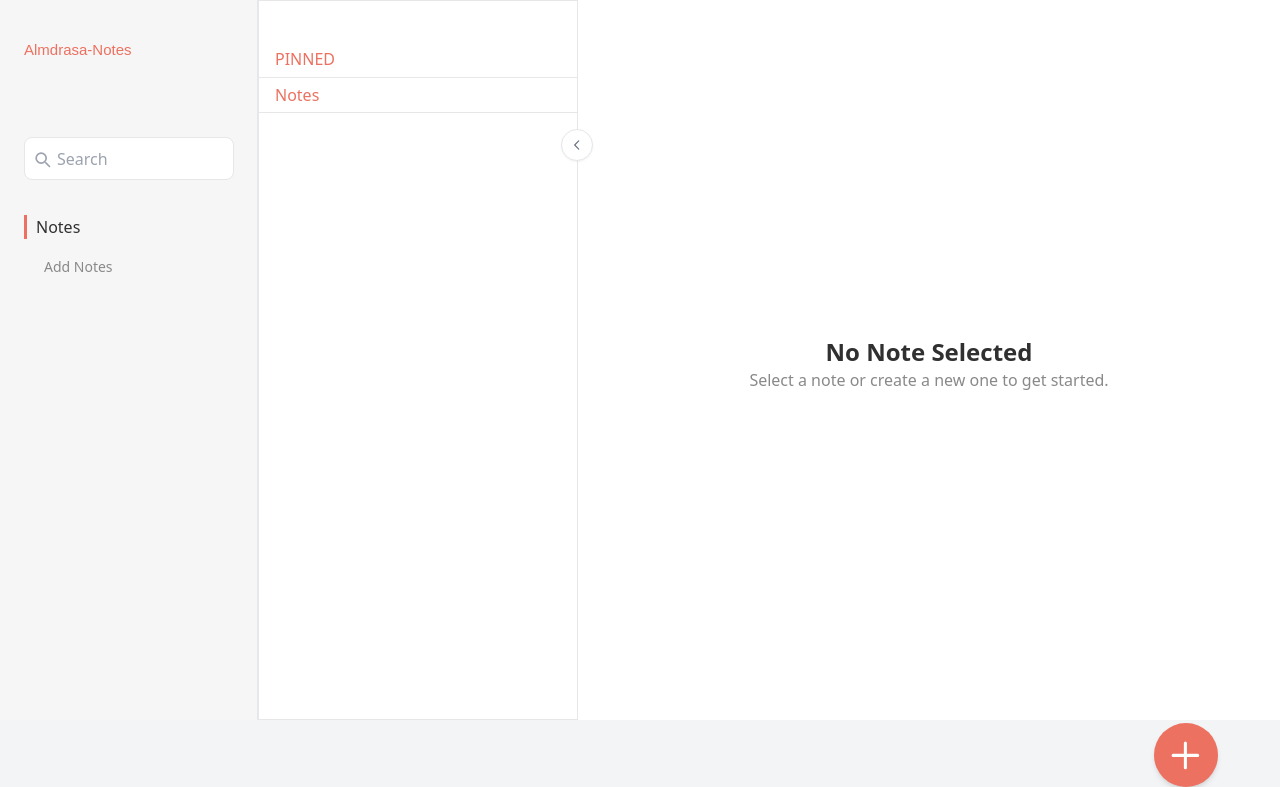
Repository: wafaa399/Note-App
Page: index.html
The author's editor kept a copy of each file at every save. The page is drawn from the files as they stood at one save, then again after the next save.
The browser window is 1280 px wide. The pictures show the whole page.
An inner scrolling area shows only its first screen. Some web fonts or font styles are not loaded; a fallback is used. Some web libraries are served in a nearby version.

Above is the page before, as saved 2026-07-20 03:34:27.

### index.html
<!doctype html>
<html lang="en">
  <head>
    <meta charset="UTF-8" />
    <meta name="viewport" content="width=device-width, initial-scale=1.0" />
    <meta
      name="description"
      content="A notes application built with HTML, CSS, and JavaScript."
    />
    <meta name="keywords" content="notes, HTML, CSS, JavaScript" />
    <link rel="icon" href="/img/Logo.png" type="image/png" />
    <title>Note App</title>
    <script src="https://cdn.tailwindcss.com"></script>
    <link rel="preconnect" href="https://fonts.googleapis.com" />
    <link rel="preconnect" href="https://fonts.gstatic.com" crossorigin />
    <link
      href="https://fonts.googleapis.com/css2?family=Aclonica&display=swap"
      rel="stylesheet"
    />

    <script>
      tailwind.config = {
        theme: {
          extend: {
            fontFamily: {
              aclonica: ["Aclonica", "sans-serif"],
            },
          },
        },
      };
    </script>
  </head>
  <script
    type="module"
    src="https://unpkg.com/ionicons@7.1.0/dist/ionicons/ionicons.esm.js"
  ></script>
  <script
    nomodule
    src="https://unpkg.com/ionicons@7.1.0/dist/ionicons/ionicons.js"
  ></script>
  <script type="module" src="./src/controller.js"></script>
  <body class="bg-gray-100 h-screen overflow-hidden text-sm text-gray-800">
    <!-- for phone only -->
    <div class="flex h-screen w-screen relative">
      <div
      class="md:hidden flex items-center justify-between h-14 px-4 border-b border-gray-200 bg-white relative z-30"
    >
      <button id="mobileMenuBtn" class="text-[#303030]">
        <svg class="w-6 h-6" fill="none" stroke="currentColor" viewBox="0 0 24 24">
          <path stroke-linecap="round" stroke-linejoin="round" stroke-width="2" d="M4 6h16M4 12h16M4 18h16" />
        </svg>
      </button>
      <h1 class="font-aclonica text-[0.9375rem] text-[#EC7160] font-normal">Almdrasa-Notes</h1>
      <button id="mobileSearchBtn" class="text-[#303030]">
        <svg class="w-5 h-5" fill="none" stroke="currentColor" viewBox="0 0 24 24">
          <path stroke-linecap="round" stroke-linejoin="round" stroke-width="2" d="M21 21l-4.35-4.35M17 11a6 6 0 11-12 0 6 6 0 0112 0z" />
        </svg>
      </button>
    </div>
    <div
      id="sidebarBackdrop"
      class="hidden md:hidden fixed inset-0 bg-black/30 z-30"
    ></div>

    <div class="flex h-[calc(100vh-3.5rem)] md:h-screen w-screen relative">
      <!--------SIDEBAR -------->
      <aside
        id="sidebar"
        class="bg-[#F6F6F6] border-r border-gray-200 flex-shrink-0 overflow-hidden pl-6 pt-10 md:translate-x-0
               transition-transform duration-300"
        style="width: 16.125rem"
      >
      <!-- phonee -->
      <button id="closeSidebarBtn" class="md:hidden absolute top-4 right-4 text-gray-500">
          <svg class="w-5 h-5" fill="none" stroke="currentColor" viewBox="0 0 24 24">
            <path stroke-linecap="round" stroke-linejoin="round" stroke-width="2" d="M6 18L18 6M6 6l12 12" />
          </svg>
        </button>

        <div class="w-[8.375rem] h-[1.0625rem] mb-[5rem]">
          <h1 class="font-aclonica text-[0.9375rem] text-[#EC7160] font-normal">
            Almdrasa-Notes
          </h1>
        </div>

        <div class="relative mb-5 w-[13.125rem] h-[2.7rem]">
          <input
            type="text"
            placeholder="Search"
            class="w-full h-full text-[1rem] border border-[#E7E7E9] rounded-lg pl-8 py-2 outline-none focus:ring-1 focus:ring-red-400"
          />
          <svg
            class="w-5 h-5 text-gray-400 absolute left-2 top-1/2 -translate-y-1/2"
            fill="none"
            stroke="currentColor"
            viewBox="0 0 24 24"
          >
            <path
              stroke-linecap="round"
              stroke-linejoin="round"
              stroke-width="2"
              d="M21 21l-4.35-4.35M17 11a6 6 0 11-12 0 6 6 0 0112 0z"
            />
          </svg>
        </div>
        <div class="space-y-2">
          <button
            data-view="notes"
            class="nav-item relative w-full h-[3.3rem] pl-3 rounded text-[1rem] font-medium text-[#303030] flex items-center"
          >
            <span
              class="absolute left-0 top-1/2 -translate-y-1/2 w-[.2rem] h-[1.5rem] bg-[#EC7160]"
            ></span>
            Notes
          </button>

          <button
            data-view="add"
            class="nav-item w-full h-3 text-left pl-5 rounded text-[#898989] flex items-center hover:bg-gray-50"
          >
            Add Notes
          </button>
        </div>
      </aside>

      <!--NOTES LIST:pinned or all -->
      <section
        class="relative md:w-80  flex-shrink-0 border border-[#E7E7E9] bg-white text-[#EC7160] h-full"
      >
        <div class="h-full overflow-y-auto overflow-x-hidden px-4 pt-12">
          <div class="mb-1">
            <p class="text-[1rem] font-normal mb-2">PINNED</p>
            <div id="pinnedList" class="space-y-1"></div>
          </div>
          <div class="mt-17">
            <div
              class="-mx-4 mb-8 h-[36px] border-y border-[#E7E7E9] flex items-center"
            >
              <p class="px-4 text-[1rem] font-normal">Notes</p>
            </div>
            <div id="notesList" class="space-y-9"></div>
          </div>
        </div>
        <button
          id="toggleBtn"
          class="absolute top-32 right-0 translate-x-1/2 z-20 w-8 h-8 bg-white border border-[#E7E7E9] rounded-full flex items-center justify-center shadow-sm hover:bg-gray-50 transition-all"
        >
          <svg
            id="toggleIcon"
            class="w-3.5 h-3.5 text-gray-500 transition-transform"
            fill="none"
            stroke="currentColor"
            viewBox="0 0 24 24"
          >
            <path
              stroke-linecap="round"
              stroke-linejoin="round"
              stroke-width="2"
              d="M15 19l-7-7 7-7"
            />
          </svg>
        </button>
      </section>
      <!--NOTE DETAIL -->
      <main class="flex-1 overflow-y-auto bg-white">
        <div id="detailView" class="pt-[114px]"></div>
        <button
          id="addNoteFab"
          class="absolute top-[45.2rem] right-[3.9rem] w-16 h-16 rounded-full bg-[#EC7160] text-white flex items-center justify-center shadow-md hover:bg-[#e05f4d] transition-colors"
        >
          <svg
            class="w-[2.3rem] h-[2.3rem]"
            fill="none"
            stroke="currentColor"
            viewBox="0 0 24 24"
          >
            <path
              stroke-linecap="round"
              stroke-linejoin="round"
              stroke-width="2"
              d="M12 4v16m8-8H4"
            />
          </svg>
        </button>
      </main>
    </div>
  </body>
</html>

### src/controller.js
// ==========================================
// CONTROLLER: هو الوحيد اللي بيكلم الـ Model والـ Views مع بعض
// ==========================================
import * as Model from "./model.js";
import { renderNotesList } from "./Views/notesView.js";
import { renderNoteDetail, renderAddNoteForm } from "./Views/detailsView.js";

let currentQuery = "";

function refreshList() {
  const source = currentQuery
    ? Model.searchNotes(currentQuery)
    : Model.getAllNotes();
  const pinned = source.filter((n) => n.pinned);
  const unpinned = source.filter((n) => !n.pinned);

  renderNotesList({
    pinned,
    unpinned,
    onSelect: (id) => {
      const note = Model.getNoteById(id);
      renderNoteDetail(note);
    },
    onDelete: (id) => {
      Model.deleteNote(id);
      refreshList();
      renderNoteDetail(null);
    },
  });
}

function showAddNoteForm() {
  renderAddNoteForm({
    onSubmit: ({ title, author, content, pinned }) => {
      const note = Model.addNote({ title, author, content, pinned });
      refreshList();
      renderNoteDetail(note);
    },
  });
}

function initSidebar() {
  document.querySelectorAll(".nav-item").forEach((btn) => {
    btn.addEventListener("click", () => {
      const view = btn.dataset.view;
      if (view === "add") {
        showAddNoteForm();
      } else {
        renderNoteDetail(null);
      }
    });
  });

  document
    .getElementById("addNoteFab")
    .addEventListener("click", showAddNoteForm);
}

function initSearch() {
  document
    .querySelector('input[placeholder="Search"]')
    .addEventListener("input", (e) => {
      currentQuery = e.target.value;
      refreshList();
    });
}

function initToggleSidebar() {
  const sidebar = document.getElementById("sidebar");
  const toggleBtn = document.getElementById("toggleBtn");
  const toggleIcon = document.getElementById("toggleIcon");
  let collapsed = false;

  toggleBtn.addEventListener("click", () => {
    collapsed = !collapsed;
    sidebar.style.width = collapsed ? "0rem" : "16.125rem";
    sidebar.style.paddingLeft = collapsed ? "0" : "";
    toggleIcon.style.transform = collapsed ? "rotate(180deg)" : "rotate(0deg)";
  });
}

function init() {
  initSidebar();
  initSearch();
  initToggleSidebar();
  refreshList();
  renderNoteDetail(null);
}

document.addEventListener("DOMContentLoaded", init);

### src/model.js
const Storage_Key = "almdrasa_notes";

// قراءة البيانات من Local Storage
function loadNotes() {
  const data = localStorage.getItem(Storage_Key);
  return data ? JSON.parse(data) : [];
}

// حفظ البيانات في Local Storage
function saveNotes(notes) {
  localStorage.setItem(Storage_Key, JSON.stringify(notes));
}

let notes = loadNotes();

export function getAllNotes() {
  return notes;
}

///status of notes
//1-pinned notes
export function getPinnedNotes() {
  return notes.filter((n) => n.pinned);
}

//2-regular notes
export function getUnpinnedNotes() {
  return notes.filter((n) => !n.pinned);
}
export function getNoteById(id) {
  return notes.find((n) => n.id === id);
}

export function addNote({ title, author, content, pinned = false }) {
  const newNote = {
    id: Date.now().toString(),
    title,
    author,
    content,
    date: new Date().toISOString(),
    pinned,
  };
  notes.unshift(newNote);
  saveNotes(notes);
  return newNote;
}

export function deleteNote(id) {
  notes = notes.filter((n) => n.id !== id);
  saveNotes(notes);
}

// export function togglePin(id) {
//   const note = getNoteById(id);
//   if (note) {
//     note.pinned = !note.pinned;
//     saveNotes(notes);
//   }
// }

export function searchNotes(query) {
  const q = query.trim().toLowerCase();
  if (!q) return notes;
  return notes.filter(
    (n) =>
      n.title.toLowerCase().includes(q) || n.content.toLowerCase().includes(q),
  );
}

### src/views/notesView.js
import { formatDate, truncate, clear } from "../helper.js";

function noteItemHTML(note) {
  return `
    <div class="w-[16.625rem] h-[6.625rem] note-item cursor-pointer px-2 py-2 rounded hover:bg-gray-50" data-id="${note.id}">
      <p class="font-medium text-[#303030] leading-6 text-[1rem] ">${note.title}</p>
      <p class="w-[16.5625rem] h-[2.5rem] text-[#898989]  text-[.82rem] font-medium leading-5  mt-1">${truncate(note.content, 70)}</p>
      <div class=" w-[14.5625rem] flex justify-between items-center mt-1 ">
        <span class="text-[#898989] text-[.81rem]  leading-5  font-medium mt-2">${formatDate(note.date)}</span>
        <button class="delete-btn text-[#D82700] text-sm " data-id="${note.id}">Delete</button>
      </div>
    </div>
  `;
}

export function renderNotesList({ pinned, unpinned, onSelect, onDelete }) {
  const pinnedContainer = document.getElementById("pinnedList");
  const notesContainer = document.getElementById("notesList");
  clear(pinnedContainer);
  clear(notesContainer);

  pinned.forEach((note) =>
    pinnedContainer.insertAdjacentHTML("beforeend", noteItemHTML(note)),
  );
  unpinned.forEach((note) =>
    notesContainer.insertAdjacentHTML("beforeend", noteItemHTML(note)),
  );

  document.querySelectorAll(".note-item").forEach((item) => {
    item.addEventListener("click", (e) => {
      if (e.target.classList.contains("delete-btn")) return;
      onSelect(item.dataset.id);
    });
  });

  document.querySelectorAll(".delete-btn").forEach((btn) => {
    btn.addEventListener("click", (e) => {
      e.stopPropagation();
      onDelete(btn.dataset.id);
    });
  });
}

### src/views/detailsView.js
import { formatDate } from "../helper.js";

export function renderNoteDetail(note) {
  const container = document.getElementById("detailView");
  if (!note) {
    container.innerHTML = `
      <div class="flex flex-col items-center justify-center h-[70vh] text-center mx-auto">
    <h2 class="text-[24px] font-semibold text-[#303030] mb-2">
      No Note Selected
    </h2>
    <p class="text-[16px] text-[#898989]">
      Select a note or create a new one to get started.
    </p>
    </div>`;
    return;
  }
  container.innerHTML = `
   <div class="w-[37.5rem] mx-auto">
    <h2 class="text-2xl font-semibold text-[#303030] mb-1">${note.title}</h2>
    <p class="text-gray-400 text-sm mb-6">${formatDate(note.date)} / By ${note.author}</p>
    <p class="text-gray-600 leading-7 whitespace-pre-line">${note.content}</p>
    <div>
  `;
}

export function renderAddNoteForm({ onSubmit }) {
  const container = document.getElementById("detailView");
  container.innerHTML = `

    <div class=" w-[37.5rem] h-[34.625rem] space-y-4 mx-auto">
    <h2 class="text-[1.63rem] leading-8 font-semibold text-[#303030] mb-6">Add Note</h2>
      <div class="w-[31.25rem] h-[4.4375rem]">
        <label class="block text-gray-500 mb-1">Title*</label>
        <input id="noteTitle" type="text" class=" w-[31.25rem] h-[2.8125rem] border border-gray-200 rounded px-3 py-2 outline-none focus:ring-1 focus:ring-red-400" />
      </div>
      <div class="w-[31.25rem] h-[4.4375rem]">
        <label class="block text-gray-500 mb-1">Author*</label>
        <input id="noteAuthor" type="text" class=" w-[31.25rem] h-[2.8125rem] border border-gray-200 rounded px-3 py-2 outline-none focus:ring-1 focus:ring-red-400" />
      </div>
      <div>
        <label class="block text-gray-500 mb-1">Your Note*</label>
        <textarea id="noteContent" rows="6" class="w-[31.25rem] h-[12rem] border border-gray-200 rounded px-3 py-2 outline-none focus:ring-1 focus:ring-red-400"></textarea>
      </div>
      <div class="flex gap-3">
        <button id="addNoteBtn" class="w-[9rem] h-[2.5rem] bg-[#EC7160] text-white px-5 py-2 rounded hover:bg-[#e05f4d]">Add Note</button>
        <button id="addPinnedBtn" class="w-[8.625rem] h-[2.5rem] bg-[#EC7160] text-white  px-4 py-2 rounded hover:bg-[#e05f4d]">Add pinned note</button>
      </div>
    </div>
  `;

  function submitHandler(pinned) {
    const title = document.getElementById("noteTitle").value.trim();
    const author = document.getElementById("noteAuthor").value.trim();
    const content = document.getElementById("noteContent").value.trim();
    if (!title || !author || !content) {
      alert("Please complete all required fields.");
      return;
    }
    onSubmit({ title, author, content, pinned });
  }

  document
    .getElementById("addNoteBtn")
    .addEventListener("click", () => submitHandler(false));
  document
    .getElementById("addPinnedBtn")
    .addEventListener("click", () => submitHandler(true));
}

### src/helper.js
export function formatDate(isoString) {
  const date = new Date(isoString);
  return date.toLocaleDateString("en-US", {
    month: "short",
    day: "numeric",
    year: "numeric",
  });
}
// //if the description of note very long add like etc...
export function truncate(text, maxLength = 90) {
  if (text.length <= maxLength) return text;
  return text.slice(0, maxLength).trim();
}

//for clearing search
export function clear(container) {
  container.innerHTML = "";
}

After the next save:
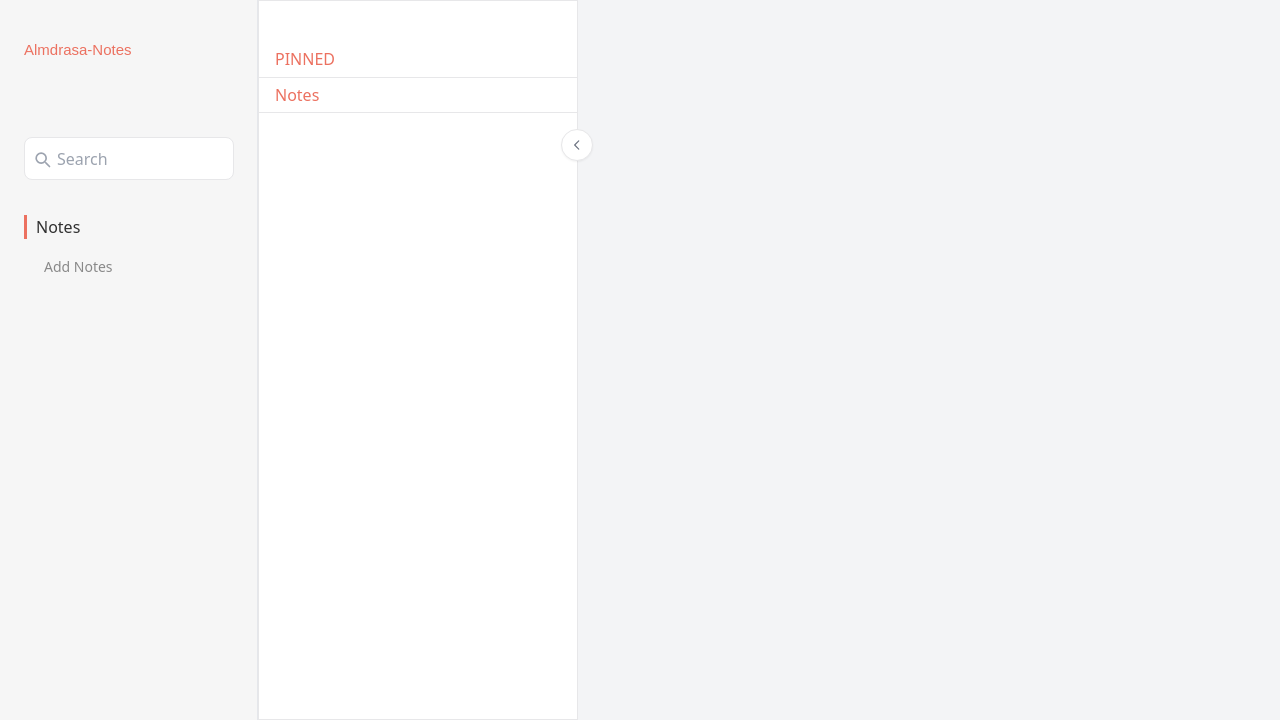
Console error: TypeError: Cannot read properties of null (reading 'addEventListener')
Saved 11 s later.
--- a/index.html
+++ b/index.html
@@ -162,27 +162,7 @@
         </button>
       </section>
       <!--NOTE DETAIL -->
-      <main class="flex-1 overflow-y-auto bg-white">
-        <div id="detailView" class="pt-[114px]"></div>
-        <button
-          id="addNoteFab"
-          class="absolute top-[45.2rem] right-[3.9rem] w-16 h-16 rounded-full bg-[#EC7160] text-white flex items-center justify-center shadow-md hover:bg-[#e05f4d] transition-colors"
-        >
-          <svg
-            class="w-[2.3rem] h-[2.3rem]"
-            fill="none"
-            stroke="currentColor"
-            viewBox="0 0 24 24"
-          >
-            <path
-              stroke-linecap="round"
-              stroke-linejoin="round"
-              stroke-width="2"
-              d="M12 4v16m8-8H4"
-            />
-          </svg>
-        </button>
-      </main>
+
     </div>
   </body>
 </html>

After the save that followed:
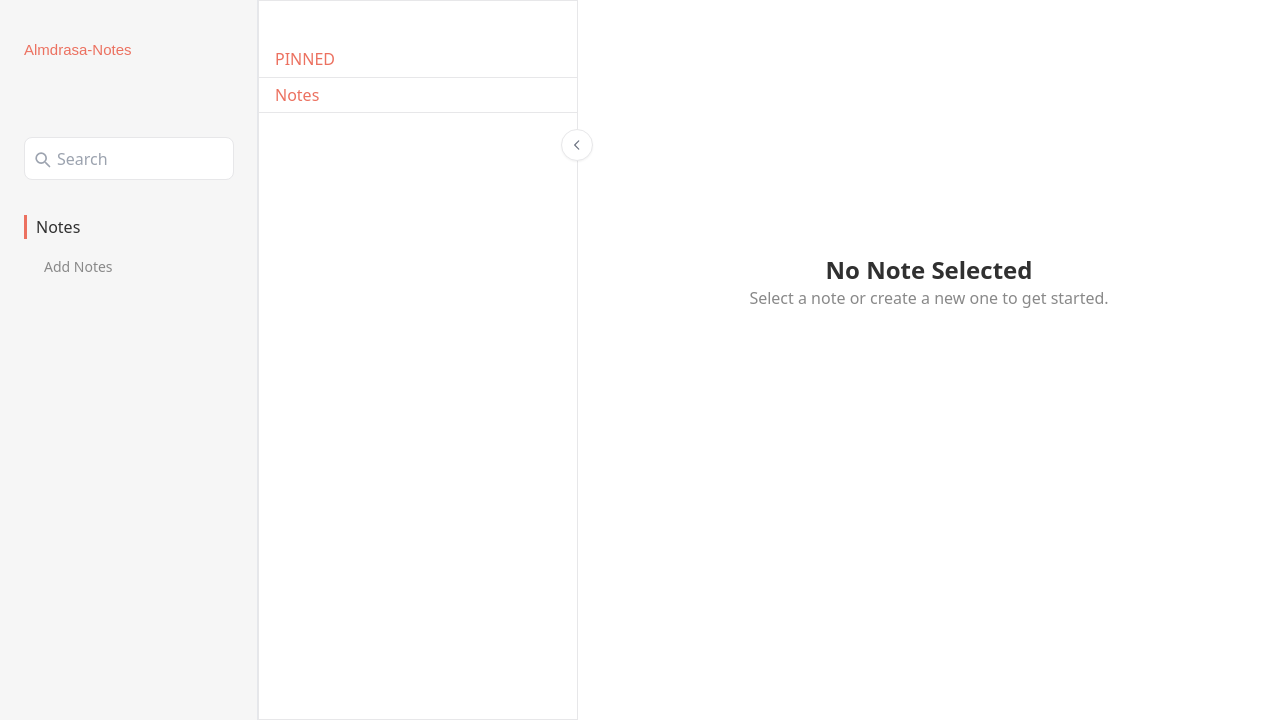
The error is gone.
Saved 10 s later.
--- a/index.html
+++ b/index.html
@@ -162,7 +162,36 @@
         </button>
       </section>
       <!--NOTE DETAIL -->
-
+      <main id="detailSection" class="hidden md:block flex-1 overflow-y-auto bg-white relative">
+        <button
+          id="backToListBtn"
+          class="md:hidden flex items-center gap-1 text-[#EC7160] px-4 pt-4"
+        >
+          <svg class="w-4 h-4" fill="none" stroke="currentColor" viewBox="0 0 24 24">
+            <path stroke-linecap="round" stroke-linejoin="round" stroke-width="2" d="M15 19l-7-7 7-7" />
+          </svg>
+          Back
+        </button>
+        <div id="detailView" class="max-w-2xl mx-auto p-8"></div>
+        <button
+          id="addNoteFab"
+          class="fixed bottom-6 right-6 md:absolute md:top-[45.2rem] md:right-[3.9rem] w-16 h-16 rounded-full bg-[#EC7160] text-white flex items-center justify-center shadow-md hover:bg-[#e05f4d] transition-colors z-20"
+        >
+          <svg
+            class="w-[2.3rem] h-[2.3rem]"
+            fill="none"
+            stroke="currentColor"
+            viewBox="0 0 24 24"
+          >
+            <path
+              stroke-linecap="round"
+              stroke-linejoin="round"
+              stroke-width="2"
+              d="M12 4v16m8-8H4"
+            />
+          </svg>
+        </button>
+      </main>
     </div>
   </body>
 </html>
